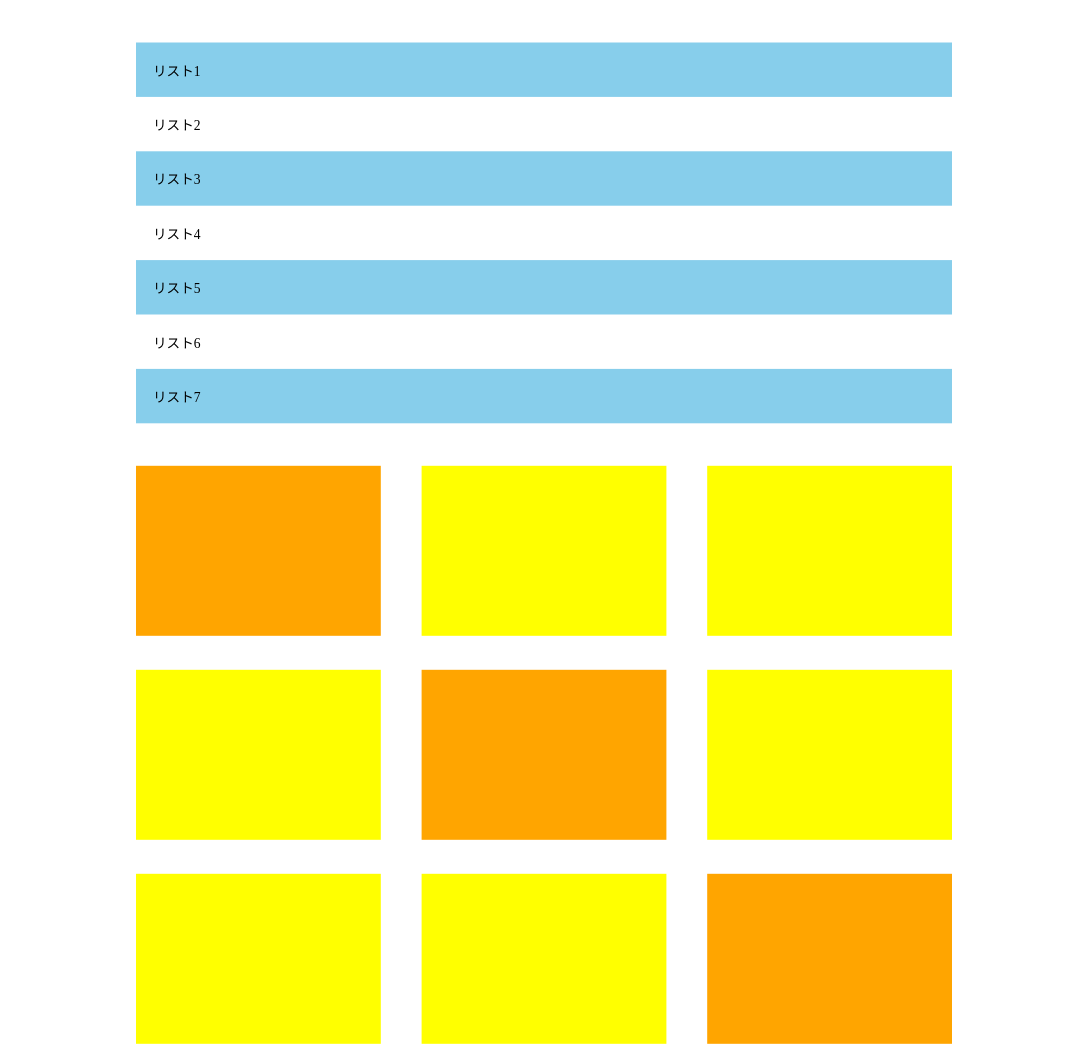
Repository: menyuu/test-html-CSS-practice
Page: exercise/chapter8_exercise.html
The author's editor kept a record of every edit. The page is drawn from the files as they stood at one moment, then again after the next edit.
The browser window is 1280 px wide. The pictures show the whole page, at 85% of full size.

Above is the page before.

### exercise/chapter8_exercise.html
<!DOCTYPE html>
<html lang="ja">
<head>
  <meta charset="UTF-8">
  <link rel="stylesheet" href="style8.css" type="text/css" />
  <title>chapter8_exercise</title>
</head>
<body>
  <div class="lists">
    <div class="list list1"><p>リスト1</p></div>
    <div class="list list2"><p>リスト2</p></div>
    <div class="list list3"><p>リスト3</p></div>
    <div class="list list4"><p>リスト4</p></div>
    <div class="list list5"><p>リスト5</p></div>
    <div class="list list6"><p>リスト6</p></div>
    <div class="list list7"><p>リスト7</p></div>
  </div>
  <div class="boxes">
    <div class="box"></div>
    <div class="box"></div>
    <div class="box"></div>
    <div class="box"></div>
    <div class="box"></div>
    <div class="box"></div>
    <div class="box"></div>
    <div class="box"></div>
    <div class="box"></div>
  </div>
</body>
</html>

### exercise/style8.css
* {
  margin: 0;
  padding: 0;
  box-sizing: border-box;
}

.lists {
  width: 960px;
  margin: 50px auto;
}

.lists div:nth-child(odd) {
  background-color: skyblue;
}

.list p {
  padding: 20px 0 20px 20px;
}

.boxes {
  width: 960px;
  margin: 0 auto;
  display: flex;
  flex-wrap: wrap;
}

.box {
  height: 200px;
  width: 30%;
  background-color: yellow;
}

.boxes div:nth-child(1) {
  background-color: orange;
}

.boxes div:nth-child(2) {
  margin-right: 5%;
  margin-left: 5%;
}

.boxes div:nth-child(4) {
  margin: 40px 0;
}

.boxes div:nth-child(5) {
  margin: 40px 5%;
  background-color: orange;
}

.boxes div:nth-child(6) {
  margin: 40px 0;
}

.boxes div:nth-child(8) {
  margin-right: 5%;
  margin-left: 5%;
}

.boxes div:nth-child(9) {
  background-color: orange;
}

After the next edit:
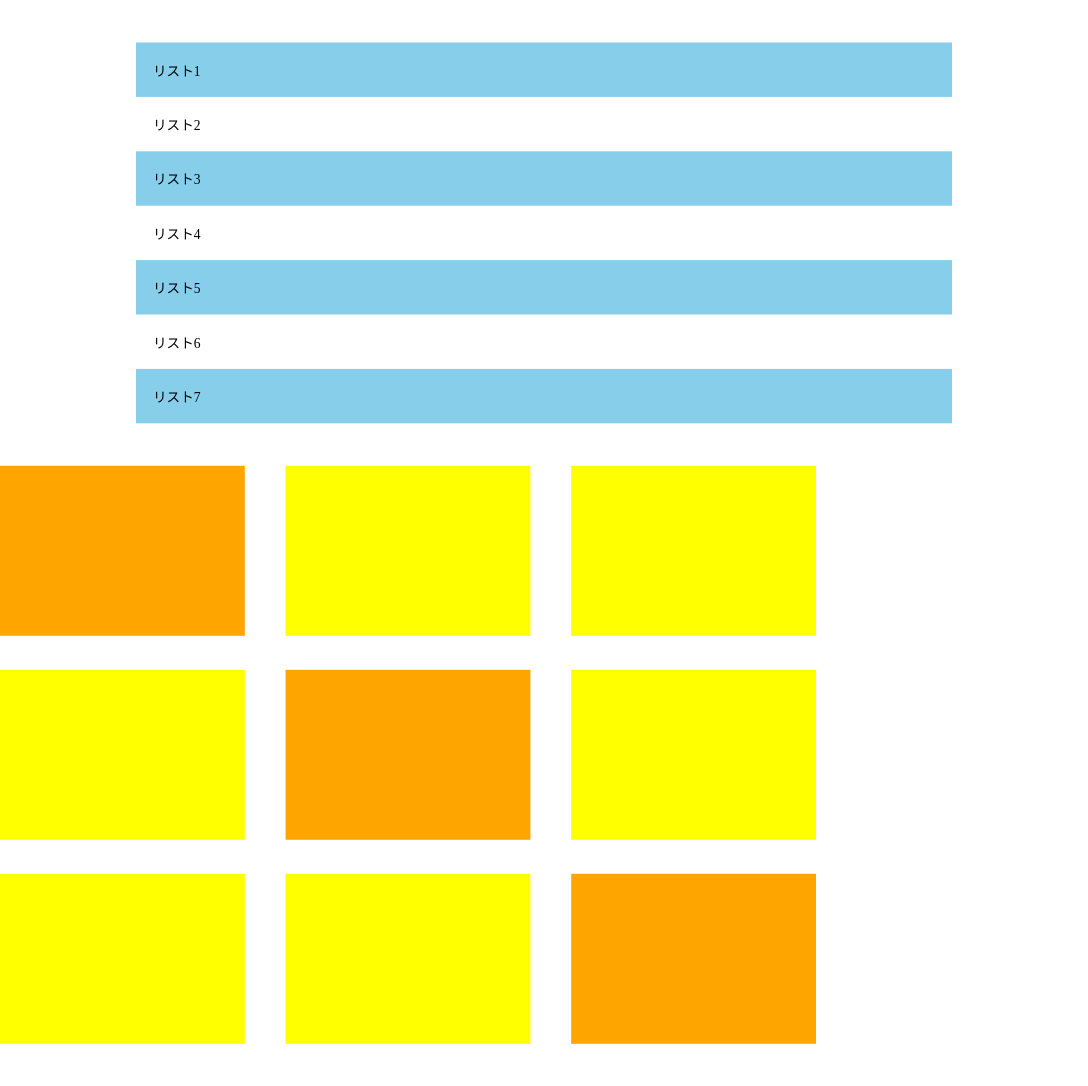
The edit:
--- a/exercise/style8.css
+++ b/exercise/style8.css
@@ -19,8 +19,9 @@
 
 .boxes {
   width: 960px;
-  margin: 0 auto;
+  margin-bottom: 50px;
   display: flex;
+
   flex-wrap: wrap;
 }
 

After the edit that followed:
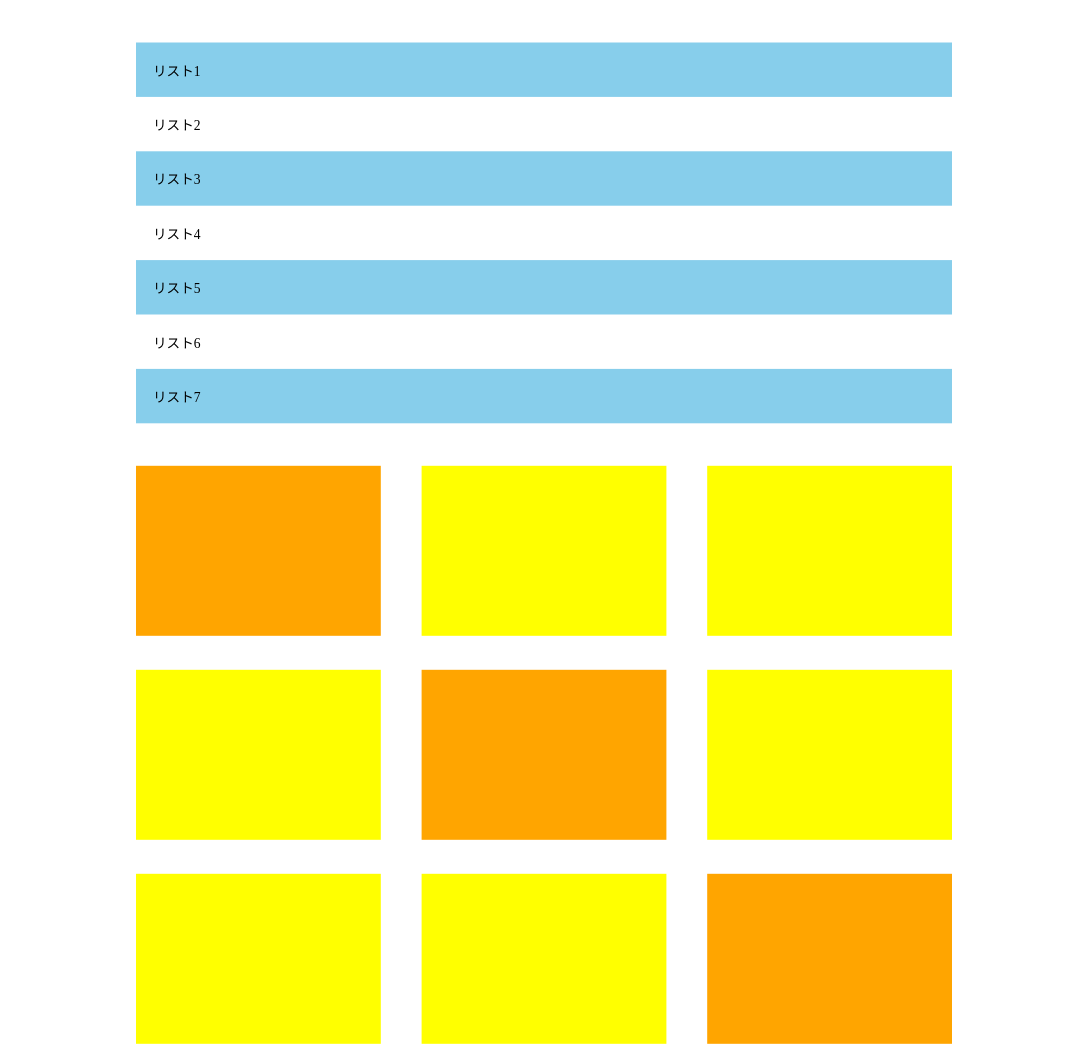
The edit:
--- a/exercise/style8.css
+++ b/exercise/style8.css
@@ -19,9 +19,8 @@
 
 .boxes {
   width: 960px;
-  margin-bottom: 50px;
+  margin: 0 auto;
   display: flex;
-
   flex-wrap: wrap;
 }
 
